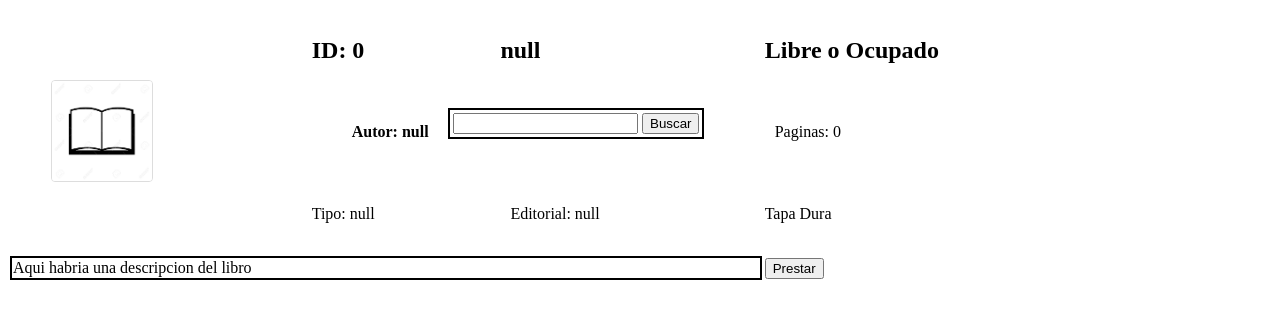
Repository: i72frpeu/IW_Bien
Page: http://localhost/Trabajo_IW/Vistas/Libro Admin.jsp
These files come from the project's save history. The page is drawn as it stood at one moment and after the next save; the edit follows.
The browser window is 1280 px wide. The pictures show the whole page.
The page is served by Tomcat 9.

Above is the page before, as saved 2020-05-22 12:19:35.

After the next save:
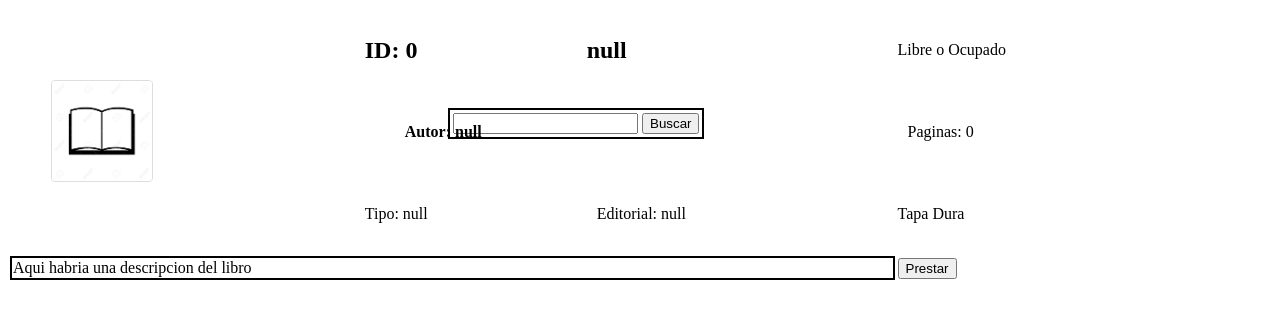
Saved 52 s later.
--- a/WorkSpace/Trabajo IW/WebContent/Vistas/Libro Admin.jsp
+++ b/WorkSpace/Trabajo IW/WebContent/Vistas/Libro Admin.jsp
@@ -46,7 +46,7 @@ if(Usuario.getTipo() == 1){
   <div class="div_home">
   		<table class = "tablalibro">
 		<tr class = "nombrelibro">
-			<td rowspan = 3> <img src="../img/libro.png" alt="IMG_USER" class="imagenlibro"> </td> <td> <h2>ID: <%= libroactivo.getId_libro() %></h2>  </td> <td> <h2><%= libroactivo.getTitulo() %></h2>  </td> <td> <h2>Libre o Ocupado</h2></td>
+			<td rowspan = 3> <img src="../img/libro.png" alt="IMG_USER" class="imagenlibro"> </td> <td> <h2>ID: <%= libroactivo.getId_libro() %></h2>  </td> <td> <h2><%= libroactivo.getTitulo() %></h2>  </td> <td> Libre o Ocupado </td>
 		</tr>
 		<tr class = "autorlibro">
 			<td colspan = 2> <h4 class = "autor"> Autor:  <%= libroactivo.getAutor() %> </h4></td> <td> <p class = "paginas">Paginas: <%= libroactivo.getPaginas() %> </p></td>
